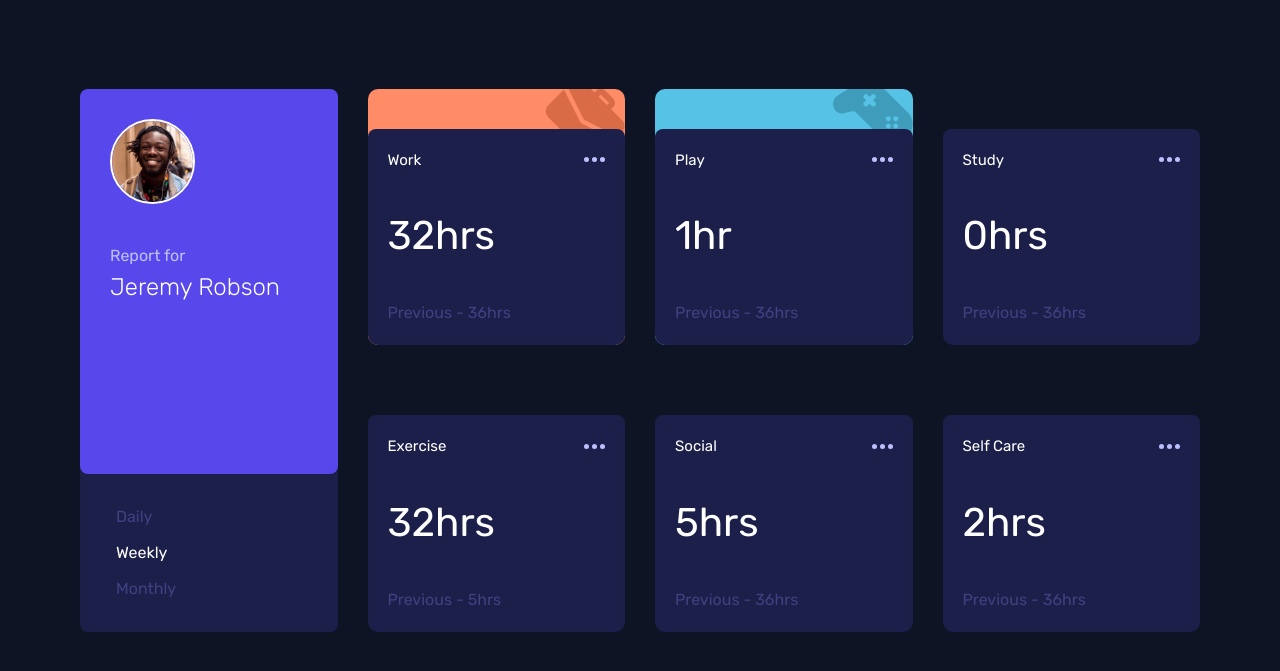
Repository: Akashiii1/WebTimeTracking_Day6
Page: index.html
The author's editor kept a copy of each file at every save. The page is drawn from the files as they stood at one save, then again after the next save.
The browser window is 1280 px wide. The pictures show the whole page.

Above is the page before, as saved 2021-12-27 00:29:03.

### index.html
<!DOCTYPE html>
<html lang="en">
  <head>
    <meta charset="UTF-8" />
    <meta name="viewport" content="width=device-width, initial-scale=1.0" />
    <!-- displays site properly based on user's device -->

    <link
      rel="icon"
      type="image/png"
      sizes="32x32"
      href="./images/favicon-32x32.png"
    />

    <title>Frontend Mentor | Time tracking dashboard</title>

    <!-- Feel free to remove these styles or customise in your own stylesheet 👍 -->
    <link rel="stylesheet" href="style.css" />
    <style>
      .attribution {
        font-size: 11px;
        text-align: center;
      }

      .attribution a {
        color: hsl(228, 45%, 44%);
      }
    </style>
  </head>

  <body>
    <div class="container">
      <div class="first">
        <div class="user">
          <div class="user-img">
            <img src="images/image-jeremy.png" alt="" />
          </div>
          <div class="user-content">
            <p class="user-info">Report for</p>
            <h2 class="user-name">Jeremy Robson</h2>
          </div>
        </div>
        <div class="options">
          <button class="user-btn">Daily</button>
          <button class="user-btn active">Weekly</button>
          <button class="user-btn">Monthly</button>

        </div>
      </div>
      <div class="work">
        <div class="content">
          <div class="heading">
            <h3 class="title">Work</h3>
            <img src="images/icon-ellipsis.svg" alt="">
          </div>
          <h3 class="time">32hrs</h3>
          <div class="desc">Previous - 36hrs </div>
        </div>
      </div>
      <div class="play">
        <div class="content">
          <div class="heading">
            <h3 class="title">Play</h3>
            <img src="images/icon-ellipsis.svg" alt="">
          </div>
          <h3 class="time">1hr</h3>
          <div class="desc">Previous - 36hrs </div>
        </div>
      </div>
      <div class="exercise">
        <div class="content">
          <div class="heading">
            <h3 class="title"> Exercise</h3>
            <img src="images/icon-ellipsis.svg" alt="">
          </div>
          <h3 class="time">32hrs</h3>
          <div class="desc"> Previous - 5hrs </div>
        </div>
      </div>
      <div class="social">
        <div class="content">
          <div class="heading">
            <h3 class="title">Social</h3>
            <img src="images/icon-ellipsis.svg" alt="">
          </div>
          <h3 class="time">5hrs </h3>
          <div class="desc">Previous - 36hrs </div>
        </div>
      </div>
      <div class="self">
        <div class="content">
          <div class="heading">
            <h3 class="title">Self Care</h3>
            <img src="images/icon-ellipsis.svg" alt="">
          </div>
          <h3 class="time"> 2hrs</h3>
          <div class="desc">Previous - 36hrs </div>
        </div>
      </div>
      <div class="study">
        <div class="content">
          <div class="heading">
            <h3 class="title">Study</h3>
            <img src="images/icon-ellipsis.svg" alt="">
          </div>
          <h3 class="time">0hrs</h3>
          <div class="desc">Previous - 36hrs </div>
        </div>
      </div>


    </div>

    <!-- <div class="attribution">
      Challenge by
      <a href="https://www.frontendmentor.io?ref=challenge" target="_blank"
        >Frontend Mentor</a
      >. Coded by <a href="#">Your Name Here</a>.
    </div> -->
    <script src="app.js"></script>
  </body>
</html>

### style.css
@import url('https://fonts.googleapis.com/css2?family=Rubik:wght@300;400;500&display=swap');
:root{
  --Blue: hsl(246, 80%, 60%);

 --Lightreda: hsl(15, 100%, 70%);/*(work)*/
 --Softblue : hsl(195, 74%, 62%);/*(play)*/
 --Lightred : hsl(348, 100%, 68%);/*(study)*/
 --Limegreen : hsl(145, 58%, 55%);/*(exercise)*/
 --Violet: hsl(264, 64%, 52%);/*(social)*/
 --Softorange : hsl(43, 84%, 65%);/*(self care)*/

  --Verydarkblue: hsl(226, 43%, 10%);
  --Darkblue: hsl(235, 46%, 20%);
  --Desaturatedblue: hsl(235, 45%, 61%);
  --PaleBlue: hsl(236, 100%, 87%);
}
*,
*::before,
*::after {
  box-sizing: border-box;
}
body,
h1,
h2,
h3,
h4,
h5,
h6,
p,
figure,
picture {
  margin: 0;
}
body {
  min-height: 100vh;
  line-height: 1.5;
}
input,
button,
select,
textarea {
  font: inherit;
}
img,
picture {
  display: block;
  max-width: 100%;
}
body{
  font-family: 'Rubik', sans-serif;
  background: var(--Verydarkblue);
  min-height: 100vh;
  display: flex;
  justify-content: center;
  align-items: center;
}
.container{
  width: 1120px;
  display: grid;
  grid-template-columns: repeat(4,1fr);
  /* grid-template-rows: repeat(2,1fr); */
  grid-gap:30px ;
  grid-template-areas: "user work play study"
                        "user exe social self";
}
.work{
  grid-area: work;
}
.play{
  grid-area: play;
}
.study{
  grid-area: study;
}
.exercise{
  grid-area: exe;
}
.social{
  grid-area: social;
}
.self{
  grid-area: self;
}
.first{
  background-color: var(--Darkblue);
  border-radius: 8px;
  display: flex;
  flex-direction: column;
  grid-area: user;
}
.user{
  background: var(--Blue);
  border-radius: 8px;
  padding: 30px;
  flex: 1;
}
.user-img{
  width: 85px;
  height: 85px;
  margin-bottom: 40px;
}
.user-img img{
  border-radius: 50%;
  border: 2px solid #fff;
  object-fit: cover;
}
.user-content{

}
.user-info{
  color: var(--PaleBlue);
  margin-bottom: 10px;
}
.user-name{
  color: #fff;
  font-weight: 300;
  line-height: 18px;
}
button{
  cursor: pointer;
}
.options{
  display: flex;
  flex-direction: column;
  justify-content: space-around;
  gap: 10px 0;
  align-items: flex-start;
  padding: 30px;
}
.user-btn{
  border: 0;
  outline: none;
  background-color: transparent;
  color:hsl(238.18,34.37%,37.65%);
}
.user-btn.active{
  color: #fff;
}
.work{
  background: url(images/icon-work.svg) no-repeat top -10px right/ 80px 80px ,var(--Lightreda);

}
.play{
  background: url(images/icon-play.svg) no-repeat top -10px right/ 80px 80px ,var(--Softblue);

}
.study,.work,.play,.exercise,.social,.self{
  padding-top: 40px;
  border-radius: 10px;
  overflow: hidden;
}
.content{
  background-color: var(--Darkblue);
  color: #fff;
  padding: 20px;
 border-top-left-radius: 8px;
 border-top-right-radius: 8px;
 margin-top: auto;
}
.heading{
  display: flex;
  justify-content: space-between;
  align-items: center;
}
.heading h3{
  font-size: 15px;
  font-weight: 400;
}
.time{
  padding: 35px 0;
  font-size: 40px;
  font-weight: 400;
}
.desc{
  color: hsl(238.18,34.37%,37.65%);;
}
/* remove animation for people who've turned them off */
@media (prefers-reduced-motion: reduce) {
  *,
  *::before,
  *::after {
    animation-duration: 0.01ms !important;
    animation-iteration-count: 1 !important;
    transition-duration: 0.01ms !important;
    scroll-behavior: auto !important;
  }
}

Loaded but not shown: app.js (no stored copy; drawn as an empty file)

After the next save:
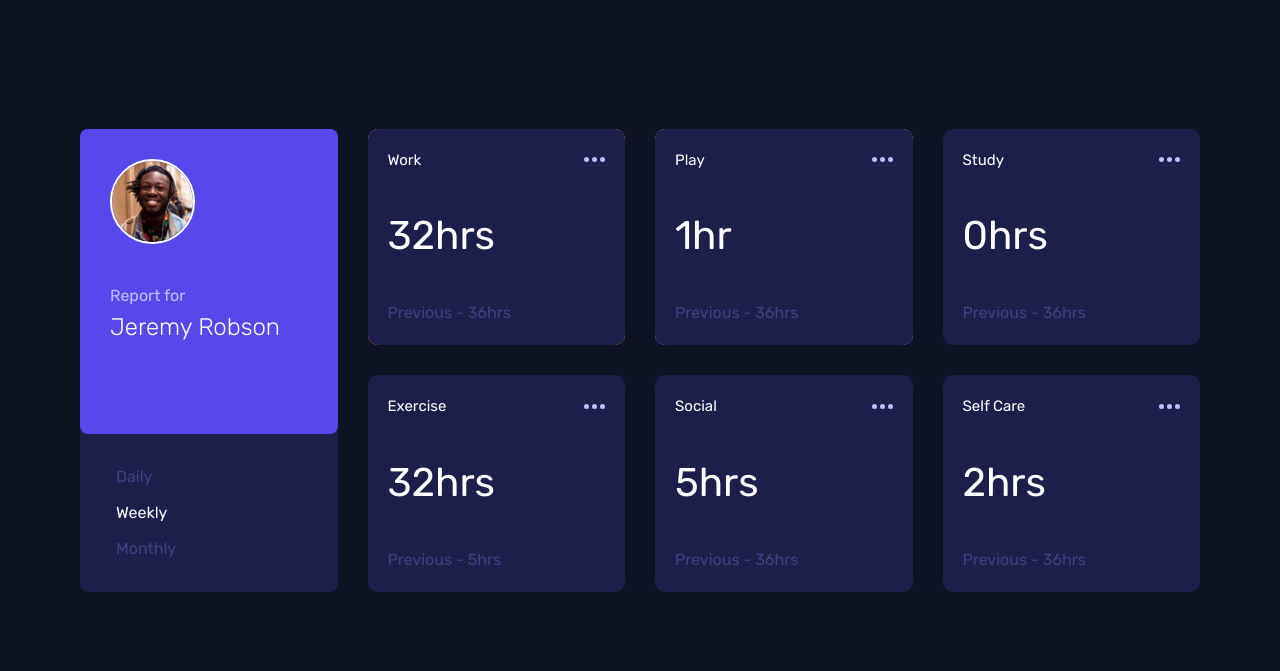
Saved 6 s later.
--- a/style.css
+++ b/style.css
@@ -145,7 +145,7 @@
 
 }
 .study,.work,.play,.exercise,.social,.self{
-  padding-top: 40px;
+  /* padding-top: 40px; */
   border-radius: 10px;
   overflow: hidden;
 }

After the save that followed:
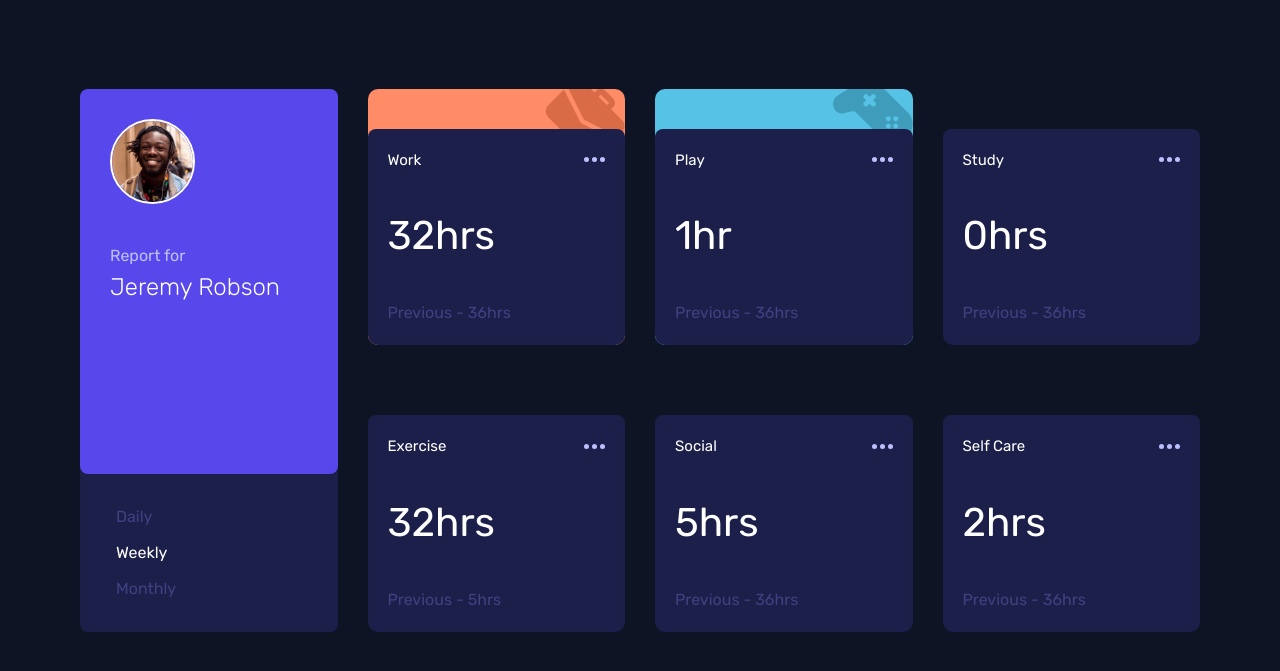
Saved 4 s later.
--- a/style.css
+++ b/style.css
@@ -145,7 +145,7 @@
 
 }
 .study,.work,.play,.exercise,.social,.self{
-  /* padding-top: 40px; */
+  padding-top: 40px;
   border-radius: 10px;
   overflow: hidden;
 }
